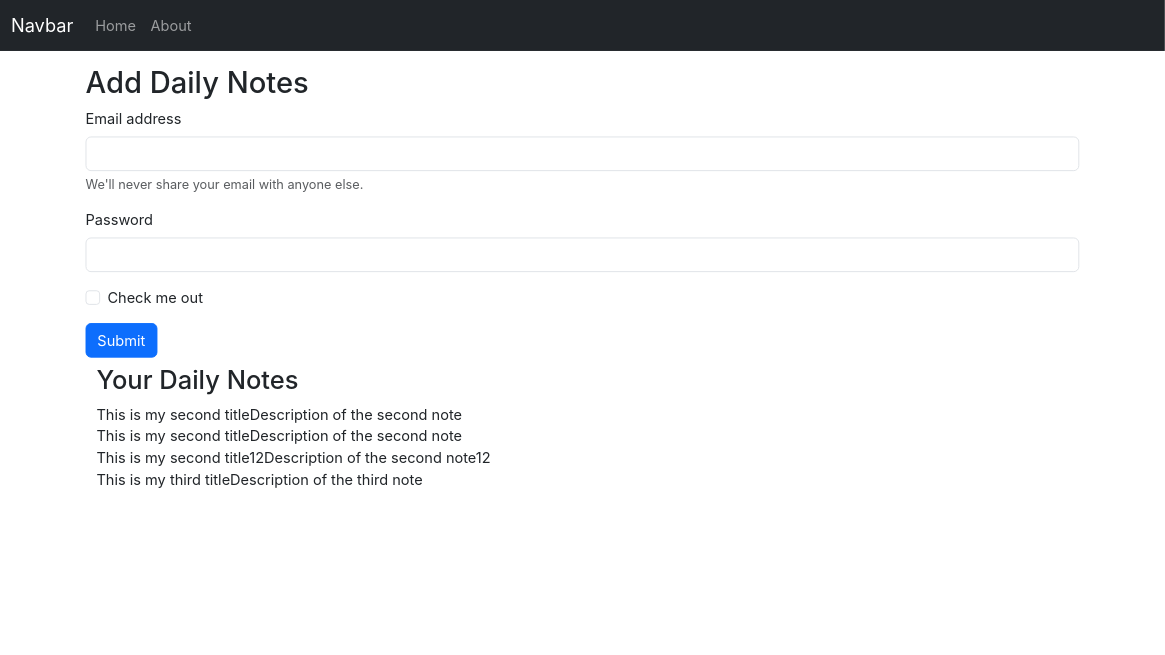
Repository: alphacode77/DailyNotes-react
Page: /
These files come from the project's save history. The page is drawn as it stood at one moment and after the next save; the edit follows.
The browser window is 1280 px wide. The pictures show the whole page, at 91% of full size.
The project was rebuilt for these pictures with package versions that can differ from the ones it lists, and the page was loaded fresh each time. Also part of the build but not shown: src/App.css, src/components/About.js.

Above is the page before, as saved 2023-02-25 00:30:52.

After the next save:
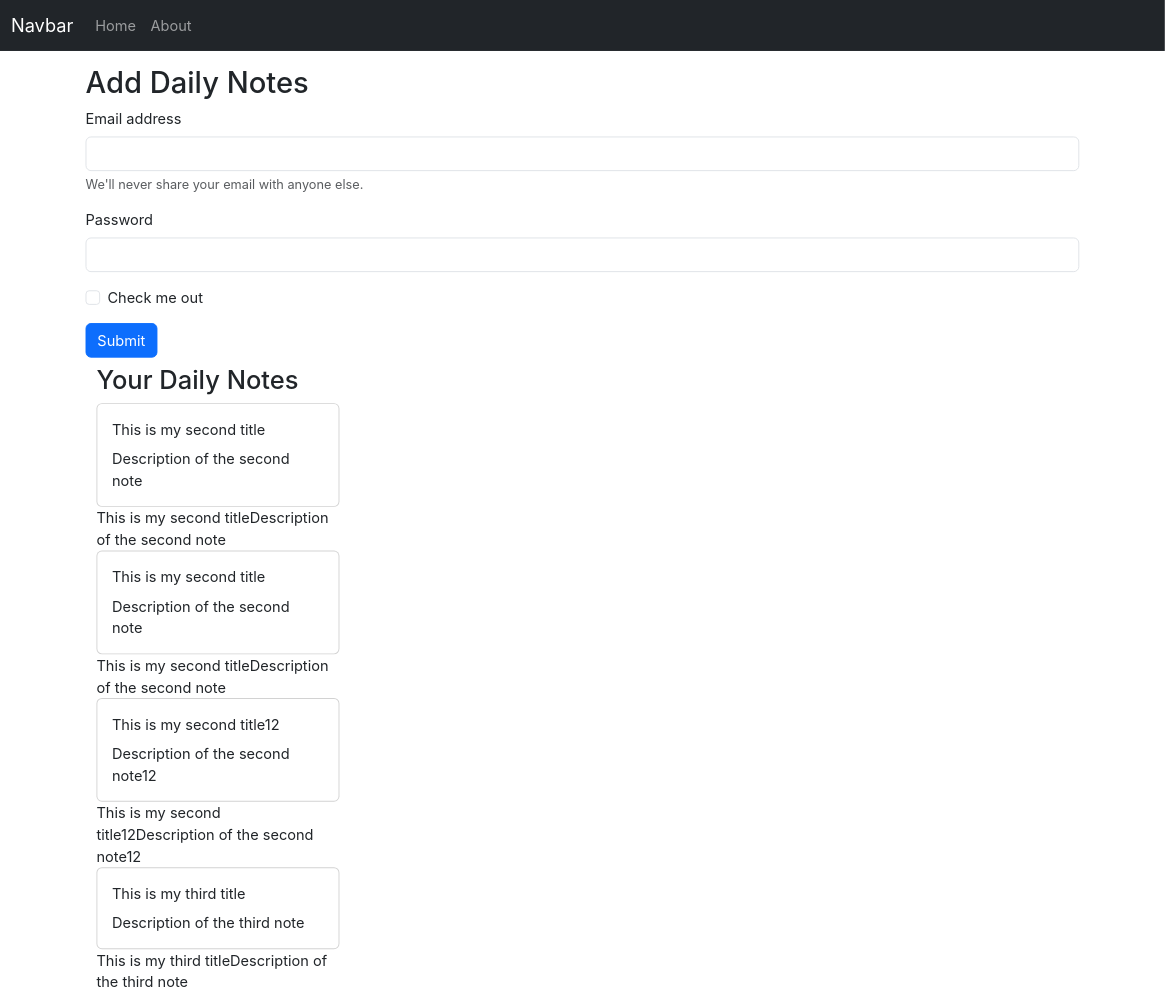
Saved 3 min 23 s later.
--- a/src/components/Noteitem.js
+++ b/src/components/Noteitem.js
@@ -3,7 +3,14 @@ import React from 'react'
 const Noteitem=(props)=> {
     const {note}=props
   return (
-    <div>
+    <div className='col-md-3'>
+        <div className='card'>
+            <div className='card-body'>
+                <div className='card-title'>{note.title}</div>
+                    <div className='card-text'>{note.description}</div>
+
+            </div>
+        </div>
       {note.title}
       {note.description}
     </div>
